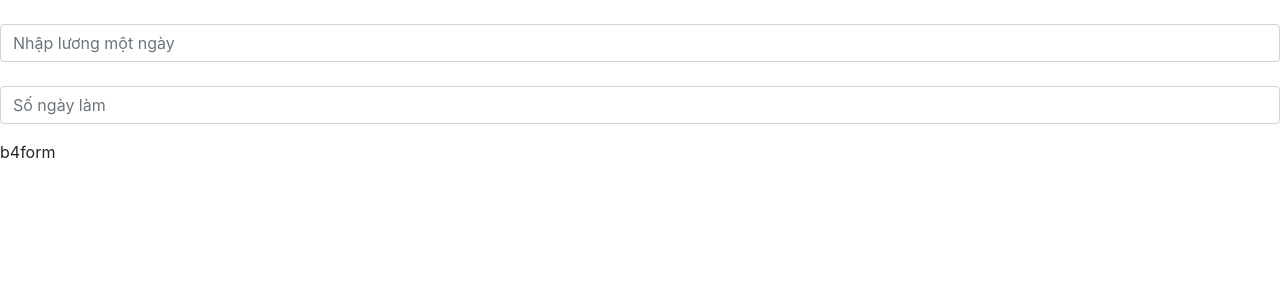
Repository: thanhfrankie/BC10-LeMinhThanh-Js-b2-3
Page: index.html
The author's editor kept a copy of each file at every save. The page is drawn from the files as they stood at one save, then again after the next save.
The browser window is 1280 px wide. The pictures show the whole page.

Above is the page before, as saved 2023-12-15 09:58:59.

After the next save:
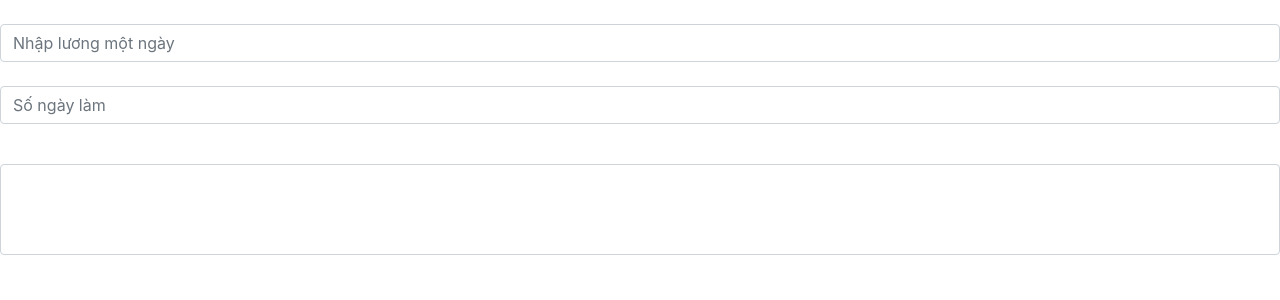
Saved 10 s later.
--- a/index.html
+++ b/index.html
@@ -19,7 +19,14 @@
           class="form-control" name="" id="" aria-describedby="helpId" placeholder="Số ngày làm">
       </div>
 
-b4form
+<div class="form-group">
+  <label for=""></label>
+  <select multiple class="form-control" name="" id="">
+    <option></option>
+    <option></option>
+    <option></option>
+  </select>
+</div>
 
     <!-- Optional JavaScript -->
     <!-- jQuery first, then Popper.js, then Bootstrap JS -->
